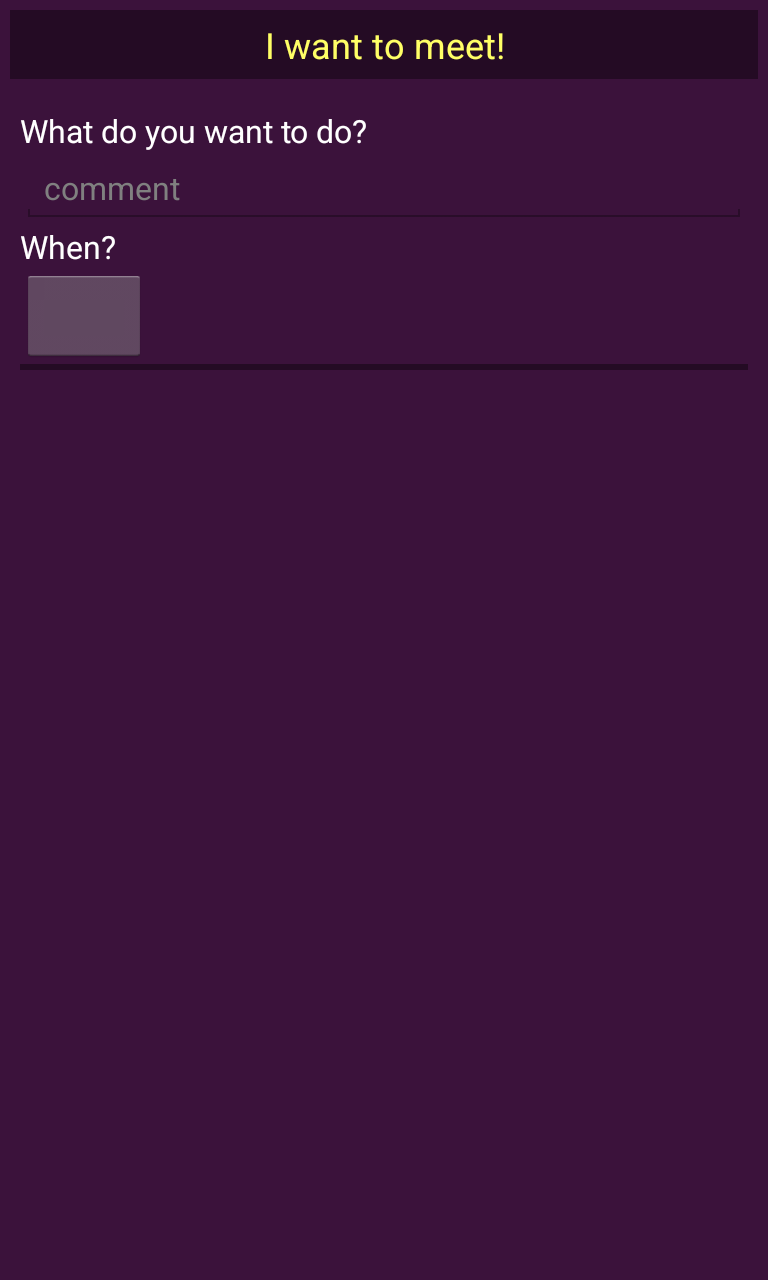
Repository: Valian/MeetMe
Layout: MeetMe/res/layout/activity_status_change.xml
The author's editor kept a copy of each file at every save. The layout is drawn from the files as they stood at one save, then again after the next save.
It is drawn on a 768 x 1280 px phone screen (xhdpi) without system bars, with theme AppTheme; the app's code is not run.

Above is the layout before, as saved 2014-01-10 00:46:23.

### MeetMe/res/layout/activity_status_change.xml
<LinearLayout
    xmlns:android="http://schemas.android.com/apk/res/android"
    xmlns:tools="http://schemas.android.com/tools"
    style="@style/BodyLinearLayout"
    tools:context=".StatusChangeActivity" >

    <TextView
        style="@style/HeaderStrip"
        android:layout_width="match_parent"
        android:layout_marginBottom="@dimen/activity_vertical_margin"
        android:text="@string/want_to_meet" />

    <LinearLayout style="@style/VerticalLayout">

	    <TextView
	    android:text="@string/want_to_meet_comment"
		android:layout_width="match_parent"
	    android:layout_height="wrap_content"
	    />

	    <EditText
	    android:id="@+id/meeting_reason"
	    android:layout_width="fill_parent"
	    android:layout_height="wrap_content"
	    android:textSize="@dimen/main_menu_text"
	    android:inputType="text"
	    android:hint="@string/comment"
		android:textColor="@color/white"
        />

	    <LinearLayout android:orientation="horizontal"
	    android:layout_width="match_parent"
	    android:layout_height="wrap_content">
	        <TextView
		    android:text="@string/when"
			android:layout_width="wrap_content"
		    android:layout_height="wrap_content"
		    android:textSize="@dimen/main_menu_text"
		    android:layout_gravity="center"
	        />

	        <Spinner
	        android:id="@+id/dateSpinner"
	        style="@style/DefaultSpinnerStyle"
	        />

	  	</LinearLayout>

	    <Button
	    android:id="@+id/timeButton"
	    android:layout_width="wrap_content"
	    android:layout_height="wrap_content"
	    />
	   <!--  android:onClick="timeButtonClicked"  -->

	    <View style="@style/Divider"/>

    </LinearLayout>



</LinearLayout>

### MeetMe/res/values/styles.xml
<resources xmlns:android="http://schemas.android.com/apk/res/android">

    <!--
        Base application theme, dependent on API level. This theme is replaced
        by AppBaseTheme from res/values-vXX/styles.xml on newer devices.
    -->
    <style name="AppBaseTheme" parent="android:Theme.Light">
        <!--
            Theme customizations available in newer API levels can go in
            res/values-vXX/styles.xml, while customizations related to
            backward-compatibility can go here.
        -->
    </style>


   <style name="AppTheme" parent="AppBaseTheme">
		 <item name="android:textColor">@color/white</item>
		 <item name="android:textSize">@dimen/main_menu_text</item>

   </style>


   <style name="BodyContainer">
        <item name="android:layout_width">match_parent</item>
	    <item name="android:layout_height">match_parent</item>
	    <item name="android:background">@color/purple</item>
   </style>

   <style name="BodyLinearLayout" parent="BodyContainer">
	    <item name="android:paddingBottom">@dimen/activity_vertical_margin</item>
	    <item name="android:orientation">vertical</item>
   </style>

   <style name="BasicViewStyle">
       <item name="android:layout_margin">@dimen/default_view_margin</item>
       <item name="android:padding">@dimen/default_view_padding</item>
   </style>

   <style name="HeaderStrip" parent="@style/BasicViewStyle">
       <item name="android:layout_width">match_parent</item>
	    <item name="android:layout_height">wrap_content</item>
	    <item name="android:textColor">@color/lightYellow</item>
	    <item name="android:textSize">18sp</item>
	    <item name="android:gravity">center</item>
	    <item name="android:background">@color/darkPurple</item>
	    <item name="android:layout_marginLeft">0dp</item>
       <item name="android:layout_marginRight">0dp</item>
   </style>

   <style name="VerticalLayout" parent="@style/BasicViewStyle">
       <item name="android:orientation">vertical</item>
       <item name="android:layout_width">match_parent</item>
	   <item name="android:layout_height">wrap_content</item>
	   <item name="android:layout_marginBottom">@dimen/linear_layout_margin</item>
       <item name="android:layout_marginTop">@dimen/linear_layout_margin</item>
       <item name="android:layout_marginLeft">@dimen/linear_layout_margin</item>
       <item name="android:layout_marginRight">@dimen/linear_layout_margin</item>
   </style>

   <style name="DefaultSpinnerStyle" parent="@style/BasicViewStyle">
       <item name="android:background">@color/darkPurple</item>
       <item name="android:popupBackground">@color/darkPurple</item>
       <item name="android:layout_width">wrap_content</item>
	   <item name="android:layout_height">wrap_content</item>
   </style>

   <style name="Divider">
       <item name="android:background">@color/darkPurple</item>
       <item name="android:layout_width">match_parent</item>
	   <item name="android:layout_height">3dp</item>

   </style>

   <style name="BigButton">
       <item name="android:background">@color/darkPurple</item>
       <item name="android:layout_width">wrap_content</item>
       <item name="android:layout_height">wrap_content</item>
	    <item name="android:textColor">@color/gold</item>
	    <item name="android:paddingLeft">50dp</item>
       <item name="android:paddingRight">50dp</item>
   </style>

</resources>

### MeetMe/res/values-v14/styles.xml
<resources>

    <!--
        Base application theme for API 14+. This theme completely replaces
        AppBaseTheme from BOTH res/values/styles.xml and
        res/values-v11/styles.xml on API 14+ devices.
    -->
    <style name="AppBaseTheme" parent="android:Theme.Holo.Light.DarkActionBar">
        <!-- API 14 theme customizations can go here. -->

    </style>


</resources>

### MeetMe/res/values/colors.xml
<?xml version="1.0" encoding="utf-8"?>
<resources>
    <color name="white">#FFFFFF</color>

    <color name="purple">#3B123B</color>
    <color name="darkPurple">#240B24</color>

    <color name="gold">#EBEB17</color>
    <color name="lightYellow">#FFFF66</color>

    <color name="red">#D43F3F</color>
    <color name="lightRed">#FF6666</color>

</resources>

### MeetMe/res/values/dimens.xml
<resources>

    <!-- Default screen margins, per the Android Design guidelines. -->
    <dimen name="activity_horizontal_margin">16dp</dimen>
    <dimen name="activity_vertical_margin">16dp</dimen>

    <dimen name="main_menu_text">16sp</dimen>
    <dimen name="linear_layout_margin">10dp</dimen>
    <dimen name="default_edit_text_height">20dp</dimen>
    <dimen name="datepicker_width">180dp</dimen>
    <dimen name="datepicker_height">80dp</dimen>

    <dimen name="default_view_padding">5dp</dimen>
    <dimen name="default_view_margin">5dp</dimen>
</resources>

### MeetMe/res/values/strings.xml
<?xml version="1.0" encoding="utf-8"?>
<resources>

    <!-- application -->
    <string name="app_name">MeetMe</string>
    <string name="action_settings">Settings</string>

    <!-- main menu -->
    <string name="title_activity_main_menu">Main Menu</string>
    <string name="want_to_meet">I want to meet!</string>

    <!-- status change -->

    <string name="want_to_meet_comment">What do you want to do?</string>
    <string name="comment">comment</string>
    <string name="when">When?</string>
    <string name="today">Today</string>
    <string name="tomorrow">Tomorrow</string>
    <string name="who_wants_to_meet">Who wants to meet?</string>
    <string name="hello_world">Hello world!</string>
    <string name="title_activity_friend_list">FriendListActivity</string>

</resources>

Loaded but not shown: MeetMe/res/values-v11/styles.xml (common file)

After the next save:
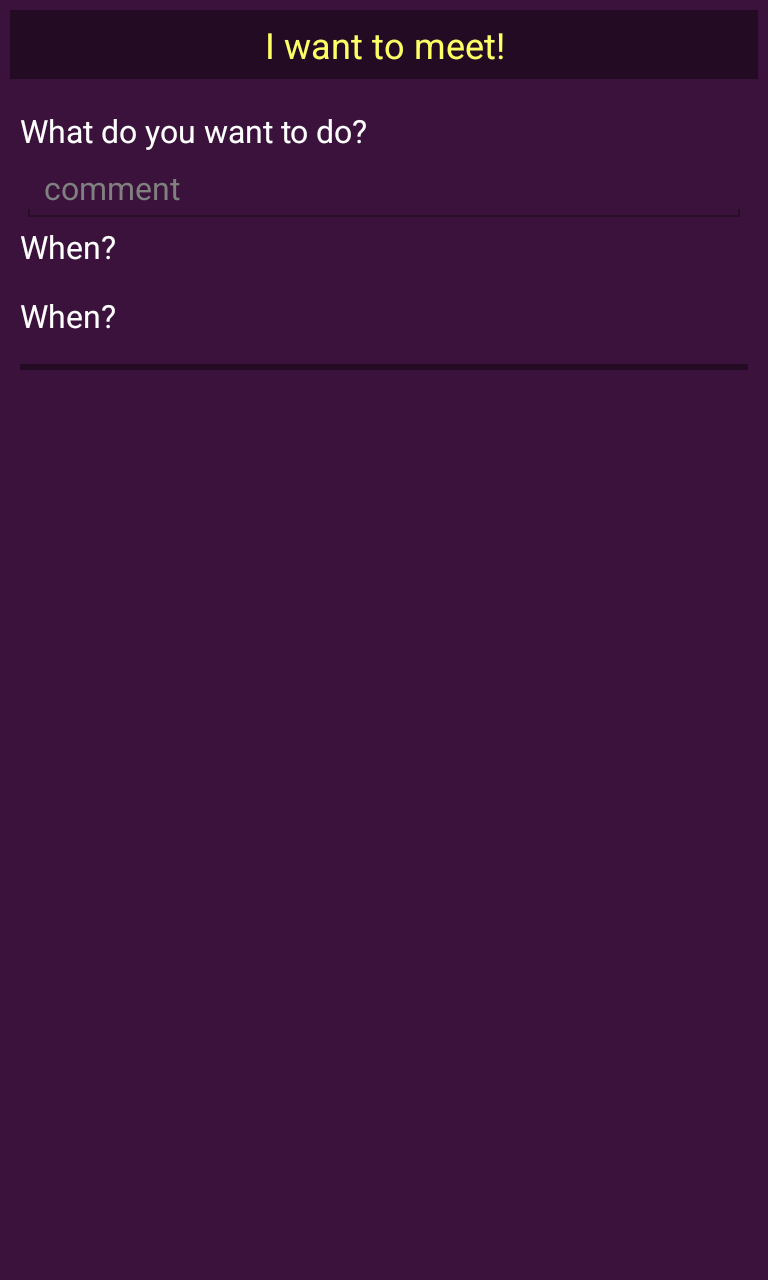
Saved 79 s later.
--- a/MeetMe/res/layout/activity_status_change.xml
+++ b/MeetMe/res/layout/activity_status_change.xml
@@ -46,11 +46,27 @@
 
 	  	</LinearLayout>
 
-	    <Button
+
+	    <LinearLayout android:orientation="horizontal"
+	    android:layout_width="match_parent"
+	    android:layout_height="wrap_content">
+	        <TextView
+		    android:text="@string/when"
+			android:layout_width="match_parent"
+		    android:layout_height="wrap_content"
+		    android:textSize="@dimen/main_menu_text"
+		    android:layout_gravity="center"
+	        />
+
+	        <Button
 	    android:id="@+id/timeButton"
 	    android:layout_width="wrap_content"
 	    android:layout_height="wrap_content"
 	    />
+
+	  	</LinearLayout>
+
+
 	   <!--  android:onClick="timeButtonClicked"  -->
 
 	    <View style="@style/Divider"/>
